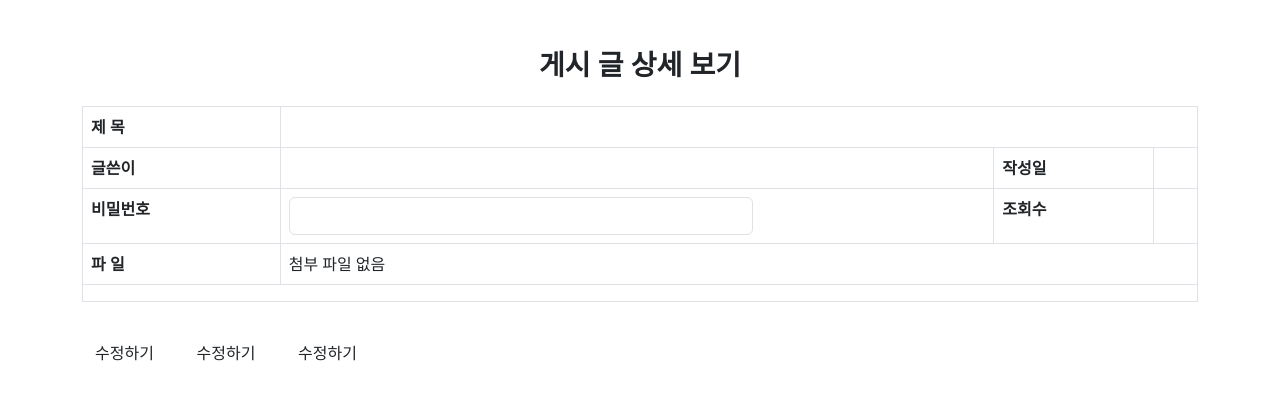
Repository: lopanghub/git_study
Page: http://localhost/JSPClassCh06/WEB-INF/board/boardDetail.jsp
These files come from the project's save history. The page is drawn as it stood at one moment and after the next save; the edit follows.
The browser window is 1280 px wide. The pictures show the whole page.
The page is served by Tomcat 9. Nobody is signed in. Other server files are loaded and not shown. The template is opened directly, without the code that normally fills it, so the values that code supplies are empty.

Above is the page before, as saved 2024-04-11 02:39:07.

### JSPStudy/JSPClassCh06/src/main/webapp/WEB-INF/board/boardDetail.jsp
<%@ page language="java" contentType="text/html; charset=UTF-8"
    pageEncoding="UTF-8"%>
<%@taglib prefix="c" uri="http://java.sun.com/jsp/jstl/core"%>
<%@taglib prefix="fmt" uri="http://java.sun.com/jsp/jstl/fmt"%>
<!DOCTYPE html>
<html>
<head>
<meta charset="UTF-8">
<meta name="viewport" content="width=device-width, initial-scale=1">
<title>Insert title here</title>
<link href="bootstrap/bootstrap.min.css" rel="stylesheet">
</head>
<body>
	<div class="container">
		<!-- content -->
		<div class="row my-5" id="global-content">
			<div class="col">
				<div class="row text-center">
					<div class="col">
						<h2 class="fs-3 fw-bold">게시 글 상세 보기</h2>
					</div>
				</div>
				<div class="row my-3">
					<div class= "col">
						<table class="table table-bordered">
							<tbody>
								<tr>
									<th>제  목</th>
									<td colspan="3">${board.title }</td>
								</tr>
								<tr>
									<th>글쓴이</th>
									<td >${board.writer }</td>
									<th>작성일</th>
									<td ><fmt:formatDate value="${board.regDate }"
										pattern="yyyy-MM-dd HH:mm"/></td>
								</tr>
								<tr>
									<th>비밀번호</th>
									<td >
										<div class="col-8">
										<input class="form-control" type="password" name="pass" id="pass"/>
										</div>
									</td>
									<th>조회수</th>
									<td >${board.readCount }</td>
								</tr>
								<tr>
									<th>파  일</th>
									<td colspan="3">
										<c:if test="${empty board.file1 }">
											첨부 파일 없음
										</c:if>
										<c:if test="${not empty board.file1 }">
											<a href ="upload/${board.file1}">파일 다운로드</a>
										</c:if>
									</td>
								</tr>
								<tr>
									<td colspan="4" style="white-space: pre">${board.content}</td>
								</tr>

							</tbody>
						</table>
					</div>
				</div>
				<div class="row">
					<div class="col">
						<input type="button" class="btn" id="detailUpdate" value="수정하기"/>
						&nbsp;&nbsp;
						<input type="button" class="btn" id="detailUpdate" value="수정하기"/>
						&nbsp;&nbsp;
						<input type="button" class="btn" id="detailUpdate" value="수정하기"/>
					</div>
				</div>

			</div>
		</div>

		<script src="bootstrap/bootstrap.bundle.min.js">
		</script>
	</div>

</body>
</html>

Loaded but not shown: JSPStudy/JSPClassCh06/src/main/webapp/bootstrap/bootstrap.min.css (library); JSPStudy/JSPClassCh06/src/main/webapp/bootstrap/bootstrap.bundle.min.js (library)

After the next save:
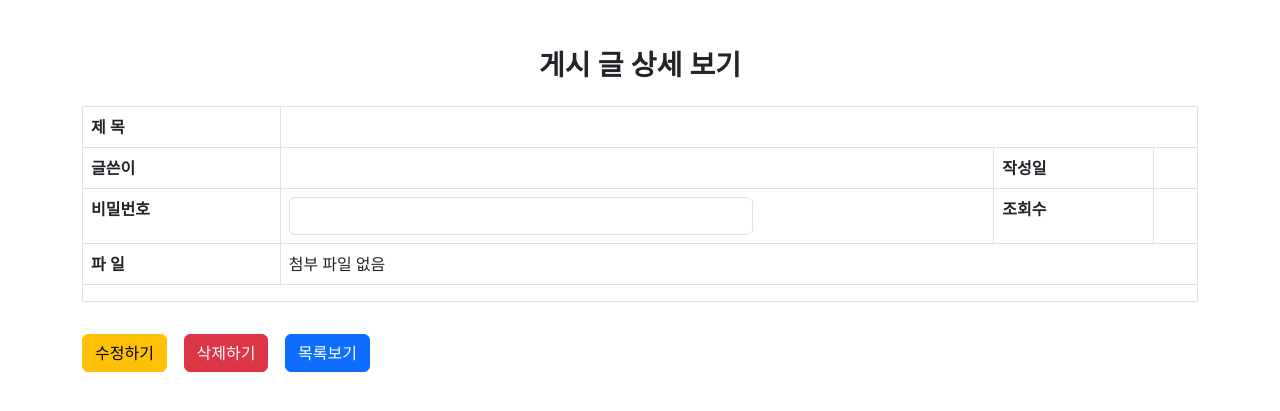
Saved 3 min 56 s later.
--- a/JSPStudy/JSPClassCh06/src/main/webapp/WEB-INF/board/boardDetail.jsp
+++ b/JSPStudy/JSPClassCh06/src/main/webapp/WEB-INF/board/boardDetail.jsp
@@ -66,11 +66,12 @@
 				</div>
 				<div class="row">
 					<div class="col">
-						<input type="button" class="btn" id="detailUpdate" value="수정하기"/>
+						<input type="button" class="btn btn-warning" id="detailUpdate" value="수정하기"/>
 						&nbsp;&nbsp;
-						<input type="button" class="btn" id="detailUpdate" value="수정하기"/>
+						<input type="button" class="btn btn-danger" id="detailDelete" value="삭제하기"/>
 						&nbsp;&nbsp;
-						<input type="button" class="btn" id="detailUpdate" value="수정하기"/>
+						<input type="button" class="btn btn-primary" value="목록보기"
+							onclick="location.href='boardList'"/>
 					</div>
 				</div>
 
